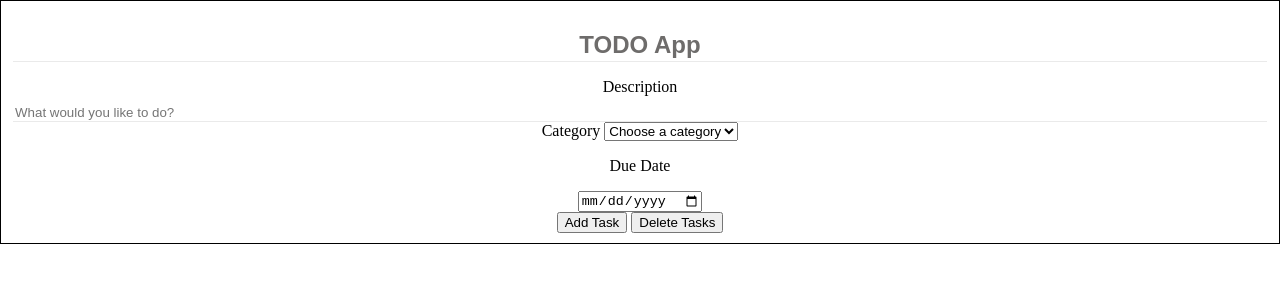
Repository: king-slayer97/TODO-App
Page: http://localhost/
The author's editor kept a copy of each file at every save. The page is drawn from the files as they stood at one save, then again after the next save.
The browser window is 1280 px wide. The pictures show the whole page.
The page is served by the project's Node server (index.js). Other server files are loaded and not shown.

Above is the page before, as saved 2022-08-15 14:01:33.

### views/home.ejs
<!DOCTYPE html>
<html lang="en">

<head>
    <meta charset="UTF-8">
    <meta http-equiv="X-UA-Compatible" content="IE=edge">
    <meta name="viewport" content="width=device-width, initial-scale=1.0">
    <title>TODO App</title>
    <link rel="stylesheet" href="/css/home.css">
</head>

<body>
    <div class="wrapper">
        <div class="heading">
            <h2>TODO App</h2>
        </div>
        <div class="description">
            <p>Description</p>
            <input type="text" placeholder="What would you like to do?">
        </div>
        <div class="section2">
            <div class="category">
                <label>Category</label>
                <select>
                    <option selected disabled>Choose a category</option>
                    <option value="Personal">Personal</option>
                    <option value="Work">Work</option>
                    <option value="School">School</option>
                    <option value="Cleaning">Cleaning</option>
                    <option value="Other">Other</option>
                </select>
            </div>
            <div class="date">
                <p>Due Date</p>
                <input type="date" placeholder="dd/mm/yyyy">
            </div>
        </div>
        <div class="buttons">
            <button>Add Task</button>
            <button>Delete Tasks</button>
        </div>
    </div>
</body>

</html>

### index.js
const express = require('express');
const PORT = 3000;
const app = express();

//setup view engine
app.set('view engine', 'ejs');
app.set('views','./views');
app.use(express.static('assets'));

//importing routes
const router = require('./routes');
app.use('/',router);

//Listening on port 3000
app.listen(PORT, function(err){
    if(err) {
        console.log(`Error: ${err}`);
    }
    else{
        console.log(`Listening on port ${PORT}`);
    }
});

### controllers/home_controller.js
module.exports.homePage = function(req, res){
    res.render('home',{title: "TODO App"});
};

### assets/css/home.css
body{
    margin: 0;
}

.wrapper{
    text-align: center;
    border: 1px solid black;
    padding: 10px 12px;
}

.heading{
    border-bottom: 1px solid #eaeaea;
    height: 30px;
    /* display: flex;
    align-items: center;
    justify-content: center; */
}

.heading h2{
    color: #6e6c6b;
    font-family: Arial, Helvetica, sans-serif;
    /* font-style: inherit; */
}

.description{
    border-bottom: 1px solid #eaeaea;
    display: flex;
    flex-direction:column;
    justify-content: flex-start;
}

.description p{
    height: 10px;
}

.description input[type="text"]{
    border-style: none;
}

After the next save:
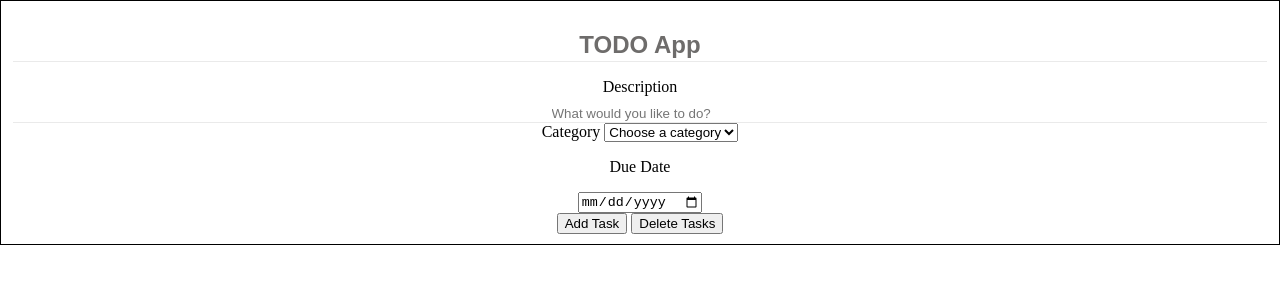
Saved 14 s later.
--- a/assets/css/home.css
+++ b/assets/css/home.css
@@ -24,9 +24,9 @@ body{
 
 .description{
     border-bottom: 1px solid #eaeaea;
-    display: flex;
+    /* display: flex;
     flex-direction:column;
-    justify-content: flex-start;
+    justify-content: flex-start; */
 }
 
 .description p{
